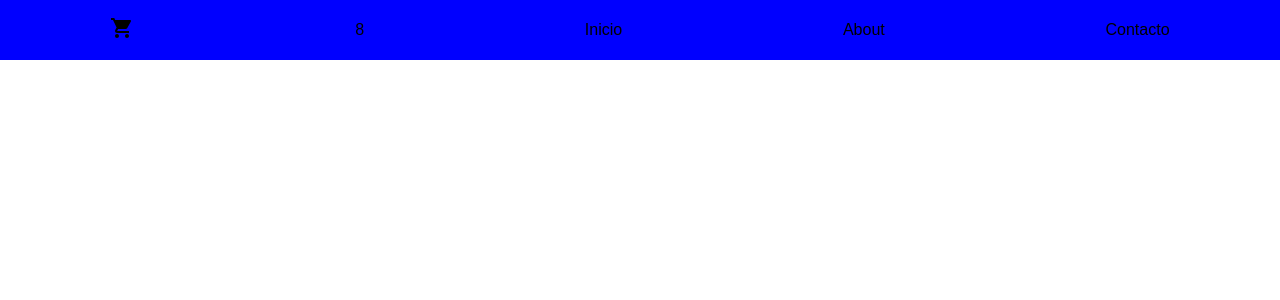
Repository: Toydrum/React-HectorCoronado
Page: /
The author's editor kept a copy of each file at every save. The page is drawn from the files as they stood at one save, then again after the next save.
The browser window is 1280 px wide. The pictures show the whole page.
The project was rebuilt for these pictures with package versions that can differ from the ones it lists, and the page was loaded fresh each time.

Above is the page before, as saved 2023-06-03 15:30:46.

After the next save:
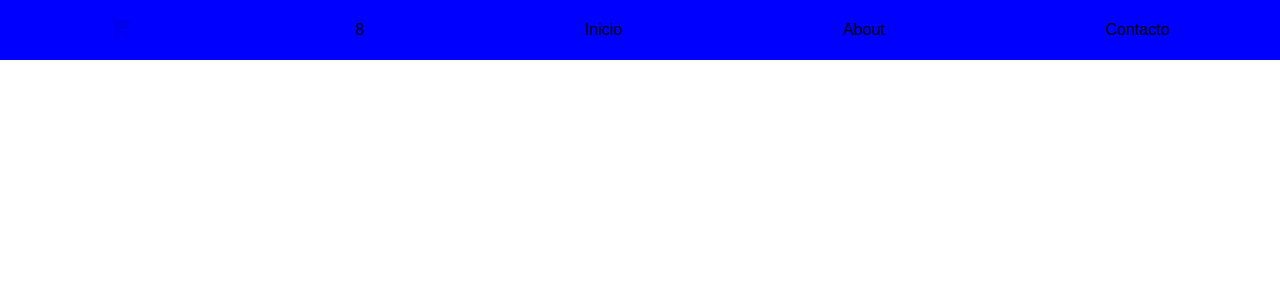
Saved 11 min 17 s later.
--- a/src/components/CartWidged/CartWidget.js
+++ b/src/components/CartWidged/CartWidget.js
@@ -3,7 +3,7 @@
 const cart = () => {
   return (
     <div>
-      <ShoppingCartIcon/>
+      <a href ="https://www.google.com.mx/?hl=es"><ShoppingCartIcon/></a>
     </div>
   )
 }

After the save that followed:
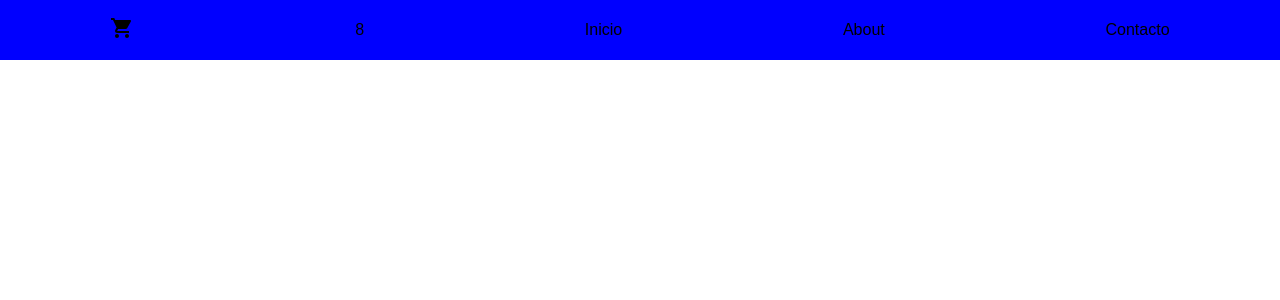
Saved 31 s later.
--- a/src/components/CartWidged/CartWidget.js
+++ b/src/components/CartWidged/CartWidget.js
@@ -3,7 +3,7 @@
 const cart = () => {
   return (
     <div>
-      <a href ="https://www.google.com.mx/?hl=es"><ShoppingCartIcon/></a>
+      <a href ="https://www.google.com.mx/?hl=es"style= {{color:"black"}}><ShoppingCartIcon/></a>
     </div>
   )
 }
